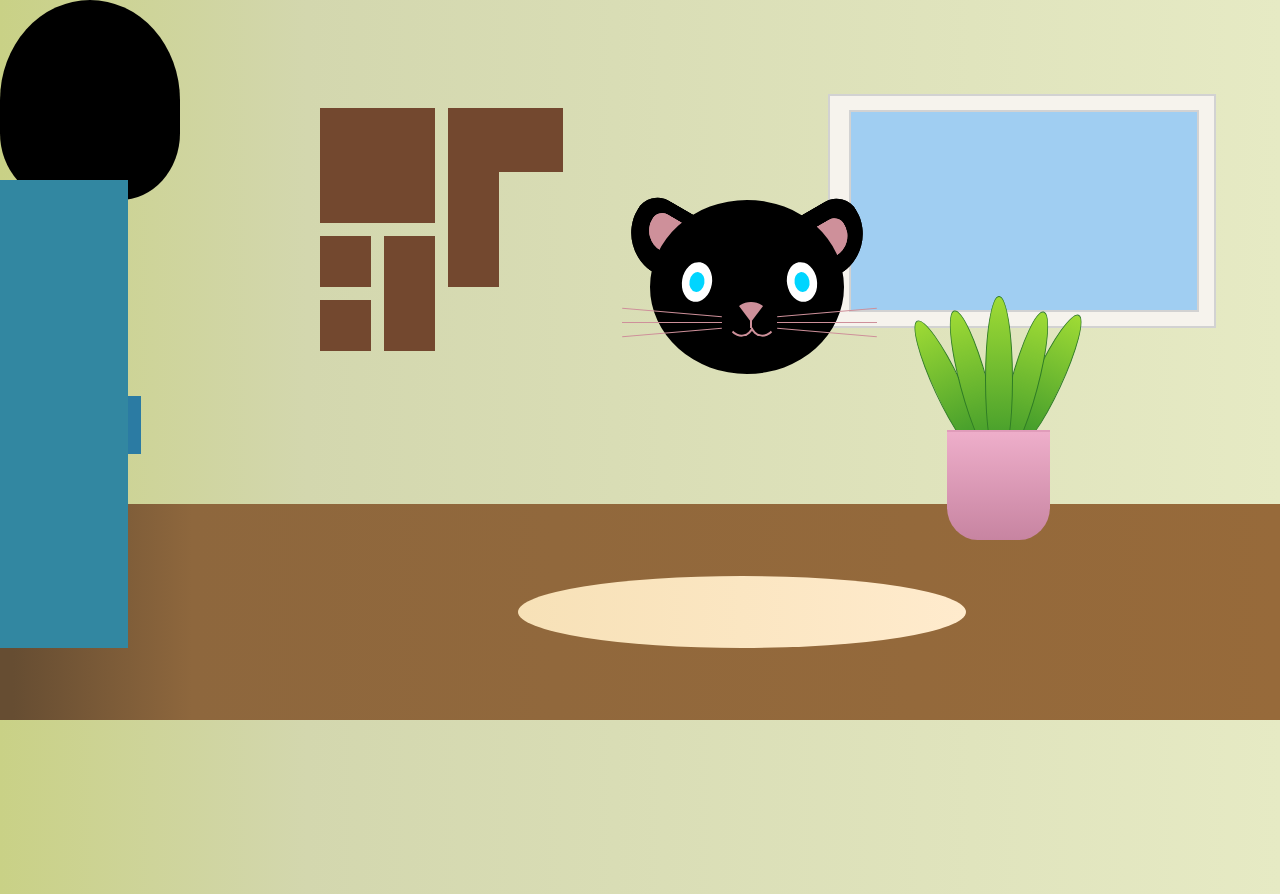
Repository: SandyLy453/COMP-2170-team-project
Page: index.html
The author's editor kept a copy of each file at every save. The page is drawn from the files as they stood at one save, then again after the next save.
The browser window is 1280 px wide. The pictures show the whole page.

Above is the page before, as saved 2024-05-03 13:49:02.

### index.html
<!DOCTYPE html>
<html lang="en">
<head>
    <meta charset="UTF-8">
    <meta name="viewport" content="width=device-width, initial-scale=1.0">
    <title>Team Project: Doll Dress-Up Game</title>
    <link rel="stylesheet" href="styles.css" />
</head>
<body>
    <main class="main-area">
        <div class="background">
            <div class="floor"></div>
            <div class="closet">
                <div class="openner"></div>
            </div>
            <div class="carpet"></div>
            <div class="window">
                <div class="outside"></div>
            </div>
            <div class="plantPot">
                <div class="leaves">
                    <div class="plant"></div>
                    <div class="plant-left-one"></div>
                    <div class="plant-right-one"></div>
                    <div class="plant-left-two"></div>
                    <div class="plant-right-two"></div>
                </div>
                <div class="pot"></div>
            </div>
            <div class="picturesCombo">
                <div class="pictures-one">
                    <div class="pic-one"></div>
                </div>
                <div class="pictures-two">
                    <div class="pic-two"></div>
                </div>
                <div class="pictures-three">
                    <div class="pic-three"></div>
                </div>
                <div class="pictures-four">
                    <div class="pic-four"></div>
                </div>
                <div class="pictures-five">
                    <div class="pic-five"></div>
                </div>
                <div class="pictures-six">
                    <div class="pic-six"></div>
                </div>
            </div>
        </div>

        <div class="character">
            <div class="cat">
                <div class="cat-head">
                    <div class="ears">

                        <div class="left-ear">
                            <div class="left-inner-ear">
                            </div>
                        </div>

                        <div class="right-ear">
                            <div class="right-inner-ear">
                            </div>
                        </div>
                    </div>

                    <div class="cat-eyes">
                        <div class="left-eye">
                            <div class="left-inner-eye">
                            </div>
                        </div>
                        <div class="right-eye">
                            <div class="right-inner-eye">
                            </div>
                        </div>
                    </div>

                    <div class="cat-nose"></div>

                    <div class="cat-mouth">
                        <div class="middle-line"></div>
                        <div class="left-line"></div>
                        <div class="right-line"></div>
                    </div>

                    <div class="cat-whiskers-left">
                        <div class="whisker-left-top"></div>
                        <div class="whisker-left-middle"></div>
                        <div class="whisker-left-bottom"></div>
                    </div>
                    <div class="cat-whiskers-right">
                        <div class="whisker-right-top"></div>
                        <div class="whisker-right-middle"></div>
                        <div class="whisker-right-bottom"></div>
                    </div>
                </div>

                <div class="cat-body">
                    <div class="arm left-arm"></div>
                    <div class="arm right-arm"></div>
                    <div class="foot left-foot"></div>
                    <div class="foot right-arm"></div>
                </div>
            </div>
        </div>
    </main>
    <script src="script.js"></script>
</body>
</html>

### styles.css
body {
    margin: 0;
    width: 100vw;
    min-height: 100vh;
    background: linear-gradient(90deg, rgba(201,209,134,1) 0%, rgba(211,215,174,1) 24%, rgba(230,234,196,1) 100%);
}

/* Background styling */

.background {
    z-index: -10;
}

.floor {
    position: absolute;
    bottom: 0;
    width: 100vw;
    height: 30vh;
    background: linear-gradient(90deg, rgba(102,77,50,1) 1%, rgb(142, 103, 61) 15%, rgba(151,106,58,1) 100%);
    z-index: -2;
}

.closet {
    position: absolute;
    bottom: 10vh;
    left: 0;
    width: 10vw;
    height: 65vh;
    background-color: rgb(50, 135, 161);
}

.openner {
    position: relative;
    width: 1vw;
    height: 8vh;
    left: 10vw;
    bottom: -30vh;
    background-color: rgb(43, 123, 163);
}

.carpet {
    width: 35vw;
    height: 10vh;
    border-radius: 50%;
    background: linear-gradient(90deg, rgba(247,225,183,1) 0%, rgba(255,235,205,1) 100%);
    position: absolute;
    bottom: 10vh;
    right: 24.5vw;
}

.window {
    width: 30vw;
    height: 32vh;
    background-color: rgb(246, 243, 237);
    position: absolute;
    right: 5vw;
    top: 13vh;
    border: 2px solid rgb(210, 210, 210);
    z-index: -10;
}

.outside {
    width: 27vw;
    height: 27.5vh;
    background-color: rgb(160, 206, 242);
    position: relative;
    left: 1.5vw;
    top: 2vh;
    border: 2px solid rgb(210, 210, 210)
}

.plantPot {
    position: absolute;
    right: 18vw;
    bottom: 25vh;
}

.pot {
    width: 8vw;
    height: 15vh;
    background: linear-gradient(180deg, rgba(238,174,202,1) 0%, rgba(199,132,161,1) 100%);
    border-bottom-left-radius: 30%;
    border-bottom-right-radius: 30%;
    border-top: 2px solid rgb(224, 156, 186);
    z-index: 2;
}

.leaves {
    position: relative;
    top: 29rem;
    left: 0.45rem;
}

.plant {
    height: 23vh;
    width: 2vw;
    background: linear-gradient(0deg, rgba(55,148,42,1) 0%, rgba(159,219,53,1) 100%);
    z-index: -1;
    position: relative;
    top: 10.5rem;
    left: 30%;
    border-radius: 100%;
    border: 1px solid rgb(47, 124, 37);
}

.plant-left-one {
    height: 21vh;
    width: 2vw;
    background: linear-gradient(0deg, rgba(55,148,42,1) 0%, rgba(159,219,53,1) 100%);
    z-index: -2;
    position: relative;
    top: 0.75rem;
    left: 0.35rem;
    border-radius: 100%;
    border: 1px solid rgb(47, 124, 37);
    transform: rotate(-15deg);
}

.plant-right-one {
    height: 21vh;
    width: 2vw;
    background: linear-gradient(0deg, rgba(55,148,42,1) 0%, rgba(159,219,53,1) 100%);
    z-index: -3;
    position: relative;
    top: -8.75rem;
    left: 3.5rem;
    border-radius: 100%;
    border: 1px solid rgb(47, 124, 37);
    transform: rotate(15deg);
}

.plant-left-two {
    height: 20vh;
    width: 2vw;
    background: linear-gradient(0deg, rgba(55,148,42,1) 0%, rgba(159,219,53,1) 100%);
    z-index: -4;
    position: relative;
    top: -18rem;
    left: -1.25rem;
    border-radius: 100%;
    border: 1px solid rgb(47, 124, 37);
    transform: rotate(-25deg);
}

.plant-right-two {
    height: 20vh;
    width: 2vw;
    background: linear-gradient(0deg, rgba(55,148,42,1) 0%, rgba(159,219,53,1) 100%);
    z-index: -5;
    position: relative;
    top: -27.5rem;
    left: 5rem;
    border-radius: 100%;
    border: 1px solid rgb(47, 124, 37);
    transform: rotate(25deg);
}

.picturesCombo {
    position: absolute;
    left: 25vw;
    top: 15vh;
}

.pictures-one {
    position: relative;
    width: 9vw;
    height: 9vw;
    background-color: rgb(115, 72, 47);
}

.pictures-two {
    position: relative;
    top: 1vw;
    width: 4vw;
    height: 4vw;
    background-color: rgb(115, 72, 47);
}

.pictures-three {
    position: relative;
    top: 2vw;
    width: 4vw;
    height: 4vw;
    background-color: rgb(115, 72, 47);
}

.pictures-four {
    position: relative;
    top: -7vw;
    left: 5vw;
    width: 4vw;
    height: 9vw;
    background-color: rgb(115, 72, 47);
}

.pictures-five {
    position: relative;
    top: -26vw;
    left: 10vw;
    width: 9vw;
    height: 5vw;
    background-color: rgb(115, 72, 47);
}

.pictures-six {
    position: relative;
    top: -26vw;
    left: 10vw;
    width: 4vw;
    height: 9vw;
    background-color: rgb(115, 72, 47);
}



/* Cat styling */

.cat-head {
    position: absolute;
    right: 0;
    left: 650px;
    top: 200px;
    bottom: 0;
    background-color: black;
    width: 190px;
    height: 170px;
    border: 2px solid black;
    border-radius: 50%;
}

.left-ear {
    position: absolute;
    z-index: -1;
    top: 0;
    left: -25px;
    border-top-left-radius: 80px;
    border-top-right-radius: 40px;
    transform: rotate(-60deg);
    border-left: 35px solid black;
    border-right: 35px solid black;
    border-bottom: 70px solid black;
}

.right-ear {
    position: absolute;
    z-index: -1;
    top: 1px;
    left: 145px;
    border-top-left-radius: 40px;
    border-top-right-radius: 80px;
    transform: rotate(60deg);
    border-left: 35px solid black;
    border-right: 35px solid black;
    border-bottom: 70px solid black;
}

.left-inner-ear {
    position: absolute;
    top: 0;
    left: -30px;
    transform: scale(0.5);
    border-top-left-radius: 80px;
    border-top-right-radius: 40px;
    border-bottom-right-radius: 40%;
    border-bottom-left-radius: 40%;
    border-left: 35px solid rgb(206, 144, 154);
    border-right: 35px solid rgb(206, 144, 154);
    border-bottom: 70px solid rgb(206, 144, 154);
}

.right-inner-ear {
    position: absolute;
    top: 0px;
    left: -35px;
    transform: scale(0.5);
    border-top-left-radius: 40px;
    border-top-right-radius: 80px;
    border-bottom-right-radius: 40%;
    border-bottom-left-radius: 40%;
    border-left: 35px solid rgb(206, 144, 154);
    border-right: 35px solid rgb(206, 144, 154);
    border-bottom: 70px solid rgb(206, 144, 154);
}

.left-eye {
    position: absolute;
    top: 60px;
    left: 30px;
    border-radius: 60%;
    transform: rotate(10deg);
    width: 30px;
    height: 40px;
    background-color: white;
}

.right-eye {
    position: absolute;
    top: 60px;
    left: 135px;
    border-radius: 60%;
    transform: rotate(-10deg);
    width: 30px;
    height: 40px;
    background-color: white;
}

.left-inner-eye {
    position: absolute;
    top: 0px;
    left: 0px;
    border-radius: 60%;
    transform: scale(0.5);
    width: 30px;
    height: 40px;
    background-color: rgb(0, 213, 255);
}

.right-inner-eye {
    position: absolute;
    top: 0px;
    left: 0px;
    border-radius: 60%;
    transform: scale(0.5);
    width: 30px;
    height: 40px;
    background-color: rgb(0, 213, 255);
}

.cat-nose {
    position: absolute;
    top: 100px;
    left: 84px;
    border-top-left-radius: 50%;
    border-top-right-radius: 50%;
    border-bottom-right-radius: 50%;
    border-bottom-left-radius: 50%;
    transform: rotate(180deg);
    border-left: 15px solid transparent;
    border-right: 15px solid transparent;
    border-bottom: 20px solid rgb(206, 144, 154);
}

/* .cat-mouth div{
    position: absolute;
    top: 50px;
    width: 30px;
    height: 50px;
    border: 2px solid rgb(206, 144, 154);
    border-radius: 190%/190px;
    border-color: rgb(206, 144, 154) transparent transparent transparent;
} */

.left-line {
    position: absolute;
    top: 81px;
    left: 69.5px;
    width: 30px;
    height: 50px;
    border: 2px solid rgb(206, 144, 154);
    border-radius: 80%;
    transform: rotate(170deg);
    border-color: rgb(206, 144, 154) transparent transparent transparent;
}

.middle-line {
    position: absolute;
    top: 120px;
    left: 94px;
    width: 10px;
    height: 2px;
    background-color: rgb(206, 144, 154);
    transform: rotate(90deg);
}

.right-line {
    position: absolute;
    top: 81px;
    left: 95.5px;
    width: 30px;
    height: 50px;
    border: 2px solid rgb(206, 144, 154);
    border-radius: 80%;
    transform: rotate(190deg);
    border-color: rgb(206, 144, 154) transparent transparent transparent;
}

.whisker-left-top {
    position: absolute;
    top: 110px;
    left: -30px;
    transform: rotate(5deg);
    width: 100px;
    height: 1px;
    background-color: rgb(206, 144, 154);
}

.whisker-left-middle {
    position: absolute;
    top: 120px;
    left: -30px;
    transform: rotate(0deg);
    width: 100px;
    height: 1px;
    background-color: rgb(206, 144, 154);
}

.whisker-left-bottom {
    position: absolute;
    top: 130px;
    left: -30px;
    transform: rotate(-5deg);
    width: 100px;
    height: 1px;
    background-color: rgb(206, 144, 154);
}

.whisker-right-top {
    position: absolute;
    top: 110px;
    left: 125px;
    transform: rotate(-5deg);
    width: 100px;
    height: 1px;
    background-color: rgb(206, 144, 154);
}

.whisker-right-middle {
    position: absolute;
    top: 120px;
    left: 125px;
    transform: rotate(0deg);
    width: 100px;
    height: 1px;
    background-color: rgb(206, 144, 154);
}

.whisker-right-bottom {
    position: absolute;
    top: 130px;
    left: 125px;
    transform: rotate(5deg);
    width: 100px;
    height: 1px;
    background-color: rgb(206, 144, 154);
}

.cat-body {
    width: 180px;
    height: 200px;
    top: 200px;
    left: -300px;
    background-color: black;
    border-top-left-radius: 90%;
    border-top-right-radius: 90%;
    border-bottom-left-radius: 60%;
    border-bottom-right-radius: 60%;
}

### script.js
const shirts = ["shirt1","shirt2","shirt3","shirt4", "shirt5"]

const bottoms = ["bottom1","bottom2","bottom3","bottom4", "bottom5"]

const accessories = ["acc1","acc2","acc3","acc4", "acc5"]

After the next save:
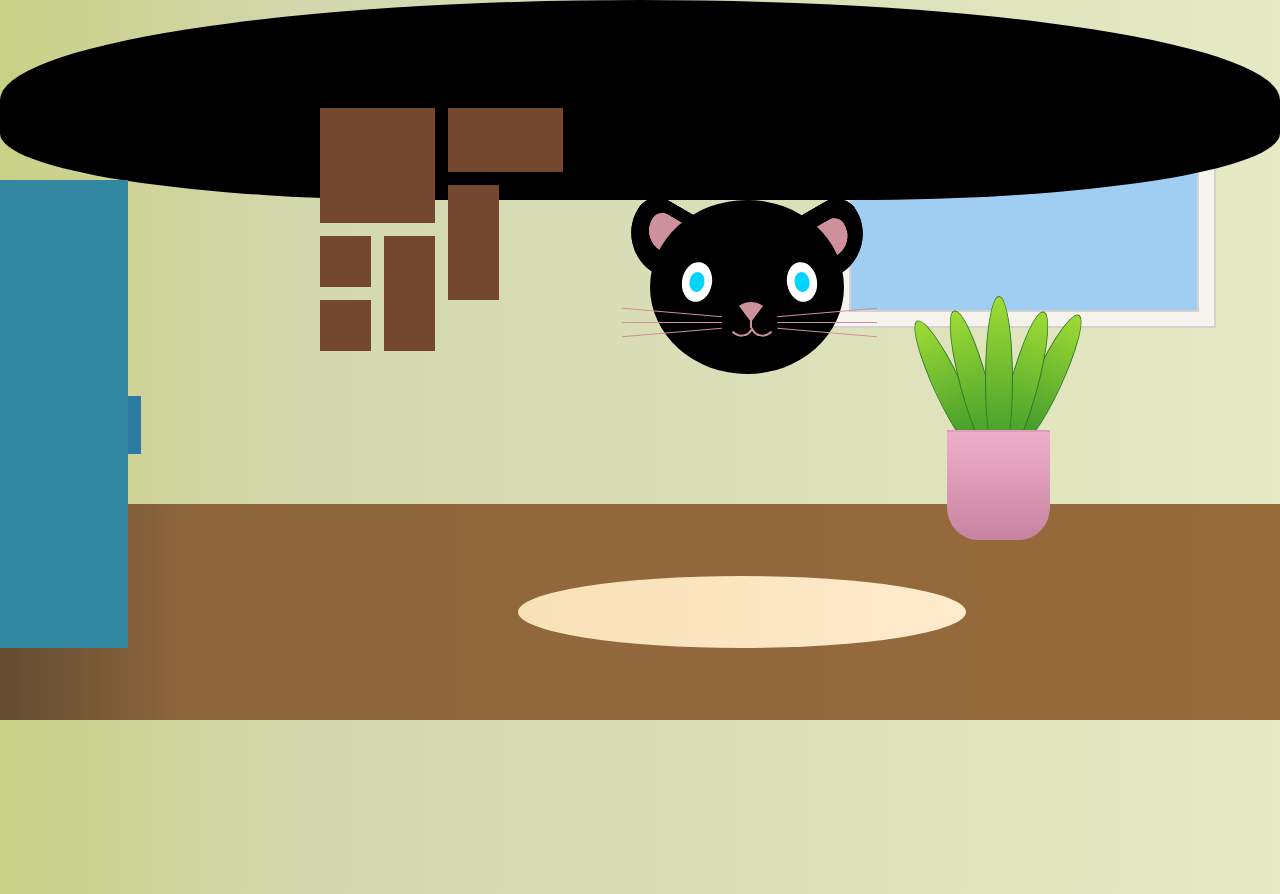
Saved 4 s later.
--- a/styles.css
+++ b/styles.css
@@ -204,7 +204,7 @@
 
 .pictures-six {
     position: relative;
-    top: -26vw;
+    top: -25vw;
     left: 10vw;
     width: 4vw;
     height: 9vw;
@@ -445,6 +445,7 @@
 }
 
 .cat-body {
+    po
     width: 180px;
     height: 200px;
     top: 200px;

After the save that followed:
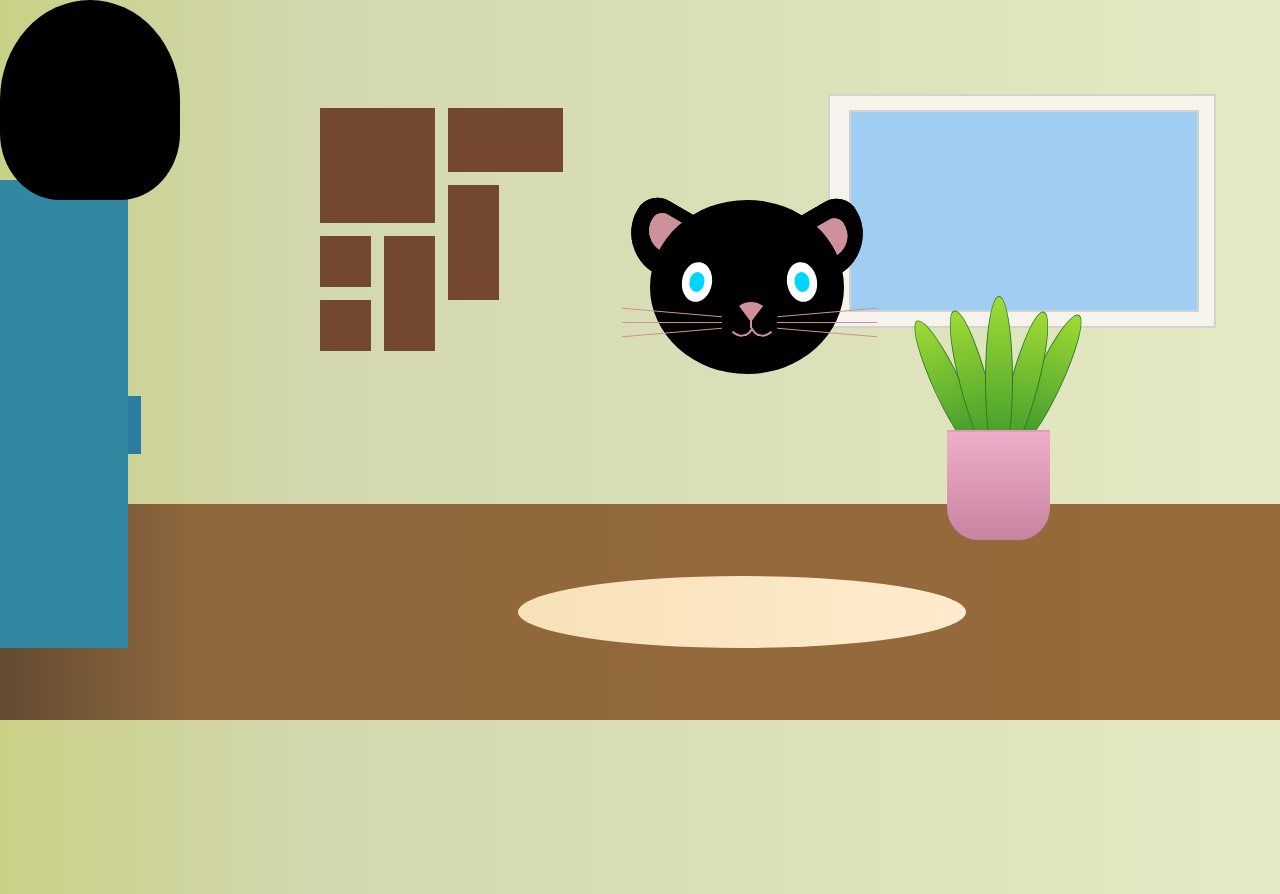
Saved 5 s later.
--- a/styles.css
+++ b/styles.css
@@ -445,11 +445,9 @@
 }
 
 .cat-body {
-    po
+    position: absolute;
     width: 180px;
     height: 200px;
-    top: 200px;
-    left: -300px;
     background-color: black;
     border-top-left-radius: 90%;
     border-top-right-radius: 90%;
